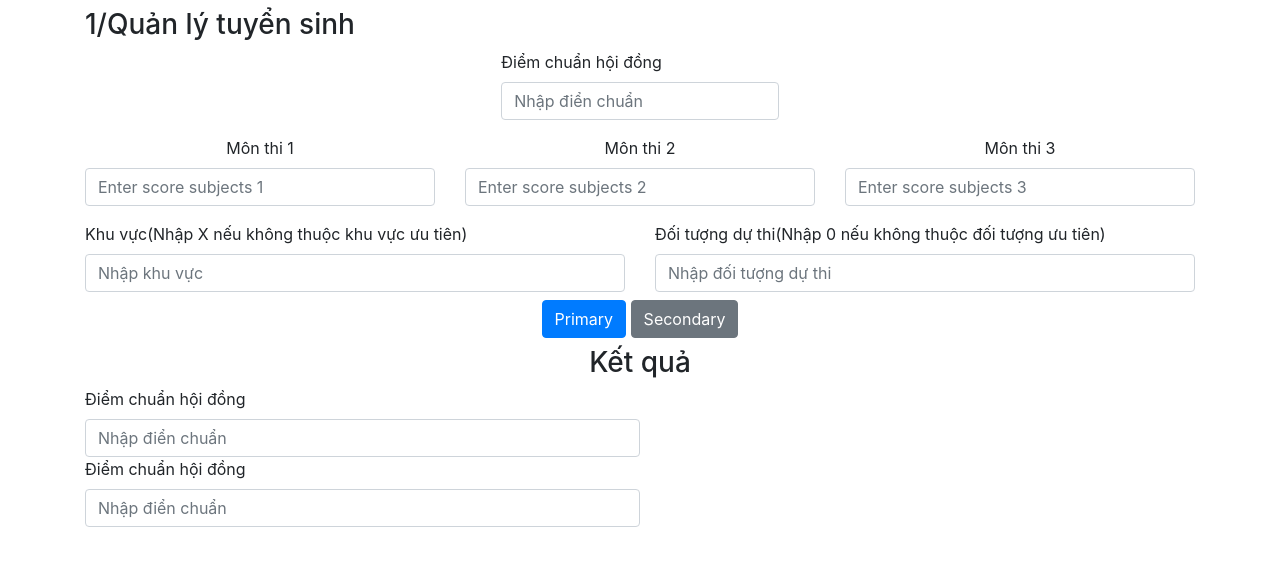
Repository: baobaodeveloper/bootcamp21__jsbasic4_HuynhAnhBao
Page: index.html
An editor plug-in stored every save of this project. The page is shown before and after the next save, followed by the edit.
The browser window is 1280 px wide. The pictures show the whole page.

Above is the page before, as saved 2022-03-13 17:48:28.

### index.html
<!DOCTYPE html>
<html lang="en">
  <head>
    <title>Exercise3</title>
    <!-- Required meta tags -->
    <meta charset="utf-8" />
    <meta
      name="viewport"
      content="width=device-width, initial-scale=1, shrink-to-fit=no"
    />

    <!-- Bootstrap CSS -->
    <link
      rel="stylesheet"
      href="https://stackpath.bootstrapcdn.com/bootstrap/4.3.1/css/bootstrap.min.css"
      integrity="sha384-ggOyR0iXCbMQv3Xipma34MD+dH/1fQ784/j6cY/iJTQUOhcWr7x9JvoRxT2MZw1T"
      crossorigin="anonymous"
    />
  </head>
  <body>
    <!-- 1/Quản lý tuyển sinh -->
    <div class="container mt-2">
      <h3>1/Quản lý tuyển sinh</h3>

      <div class="mb-3 w-25 m-auto">
        <label for="exampleFormControlInput1" class="score"
          >Điểm chuẩn hội đồng</label
        >
        <input
          type="email"
          class="form-control"
          id="exampleFormControlInput1"
          placeholder="Nhập điển chuẩn"
        />
      </div>

      <div class="row mt-3 text-center">
        <div class="col">
          <label class="score">Môn thi 1</label>
          <input
            type="text"
            class="form-control"
            placeholder="Enter score subjects 1"
          />
        </div>
        <div class="col">
          <label class="score">Môn thi 2</label>
          <input
            type="text"
            class="form-control"
            placeholder="Enter score subjects 2"
          />
        </div>
        <div class="col">
          <label class="score">Môn thi 3</label>
          <input
            type="text"
            class="form-control"
            placeholder="Enter score subjects 3"
          />
        </div>
      </div>

      <div class="row mt-3">
        <div class="col">
          <label class="score"
            >Khu vực(Nhập X nếu không thuộc khu vực ưu tiên)</label
          >
          <input type="text" class="form-control" placeholder="Nhập khu vực" />
        </div>
        <div class="col">
          <label class="score"
            >Đối tượng dự thi(Nhập 0 nếu không thuộc đối tượng ưu tiên)</label
          >
          <input
            type="text"
            class="form-control"
            placeholder="Nhập đối tượng dự thi"
          />
        </div>
      </div>

      <div class="text-center mt-2">
        <button type="button" class="btn btn-primary">Primary</button>
        <button type="button" class="btn btn-secondary">Secondary</button>
      </div>

      <h3 class="text-center mt-2">Kết quả</h3>

      <div class="mb-3 w-50">
        <div>
          <label for="exampleFormControlInput1" class="score"
            >Điểm chuẩn hội đồng</label
          >
          <input
            type="email"
            class="form-control"
            id="exampleFormControlInput1"
            placeholder="Nhập điển chuẩn"
          />
        </div>

        <div>
          <label for="exampleFormControlInput1" class="score"
            >Điểm chuẩn hội đồng</label
          >
          <input
            type="email"
            class="form-control"
            id="exampleFormControlInput1"
            placeholder="Nhập điển chuẩn"
          />
        </div>
      </div>
    </div>
    <!-- Optional JavaScript -->
    <!-- jQuery first, then Popper.js, then Bootstrap JS -->
    <script
      src="https://code.jquery.com/jquery-3.3.1.slim.min.js"
      integrity="sha384-q8i/X+965DzO0rT7abK41JStQIAqVgRVzpbzo5smXKp4YfRvH+8abtTE1Pi6jizo"
      crossorigin="anonymous"
    ></script>
    <script
      src="https://cdnjs.cloudflare.com/ajax/libs/popper.js/1.14.7/umd/popper.min.js"
      integrity="sha384-UO2eT0CpHqdSJQ6hJty5KVphtPhzWj9WO1clHTMGa3JDZwrnQq4sF86dIHNDz0W1"
      crossorigin="anonymous"
    ></script>
    <script
      src="https://stackpath.bootstrapcdn.com/bootstrap/4.3.1/js/bootstrap.min.js"
      integrity="sha384-JjSmVgyd0p3pXB1rRibZUAYoIIy6OrQ6VrjIEaFf/nJGzIxFDsf4x0xIM+B07jRM"
      crossorigin="anonymous"
    ></script>

    <script src="exercise1.js"></script>
  </body>
</html>

Loaded but not shown: exercise1.js (no stored copy; drawn as an empty file)

After the next save:
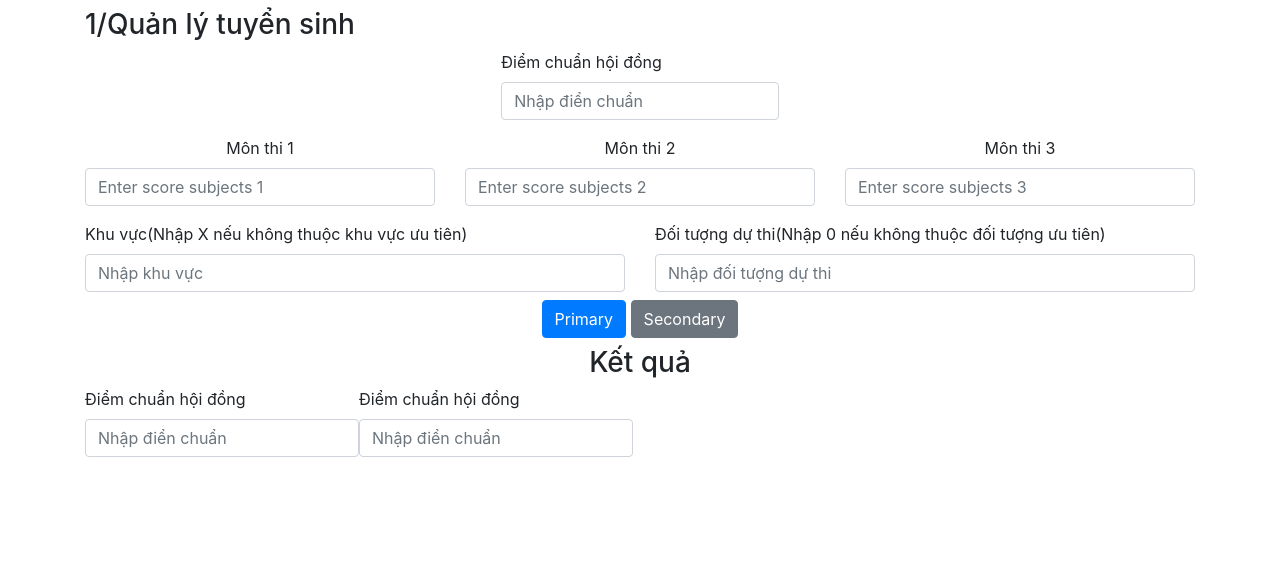
Saved 8 s later.
--- a/index.html
+++ b/index.html
@@ -87,7 +87,7 @@
 
       <h3 class="text-center mt-2">Kết quả</h3>
 
-      <div class="mb-3 w-50">
+      <div class="mb-3 w-50 d-flex">
         <div>
           <label for="exampleFormControlInput1" class="score"
             >Điểm chuẩn hội đồng</label
